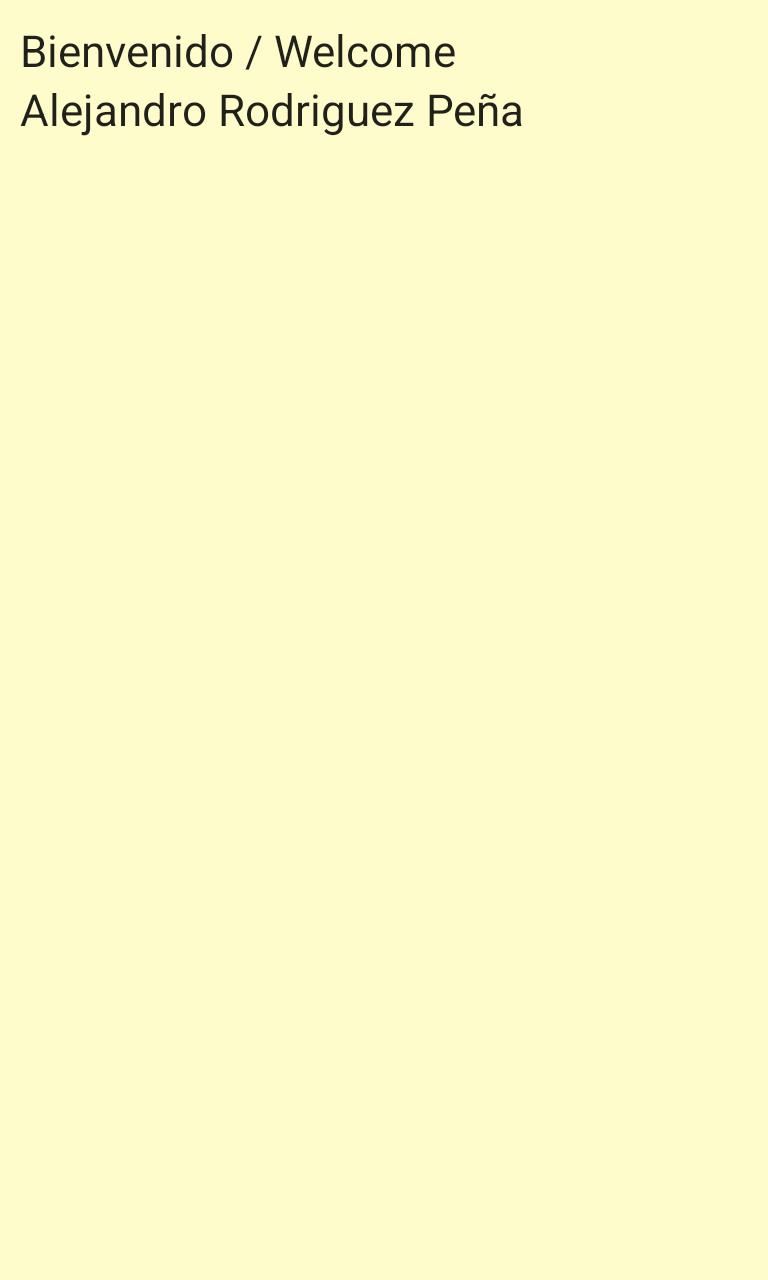
Repository: arodriguezp2003/aqandroid
Layout: Prueba/res/layout/alerta_exitosa.xml
An editor plug-in stored every save of this project. The layout is shown before and after the next save, followed by the edit.
It is drawn on a 768 x 1280 px phone screen (xhdpi) without system bars, with theme AppTheme; the app's code is not run.

Above is the layout before, as saved 2014-07-09 19:23:12.

After the next save:
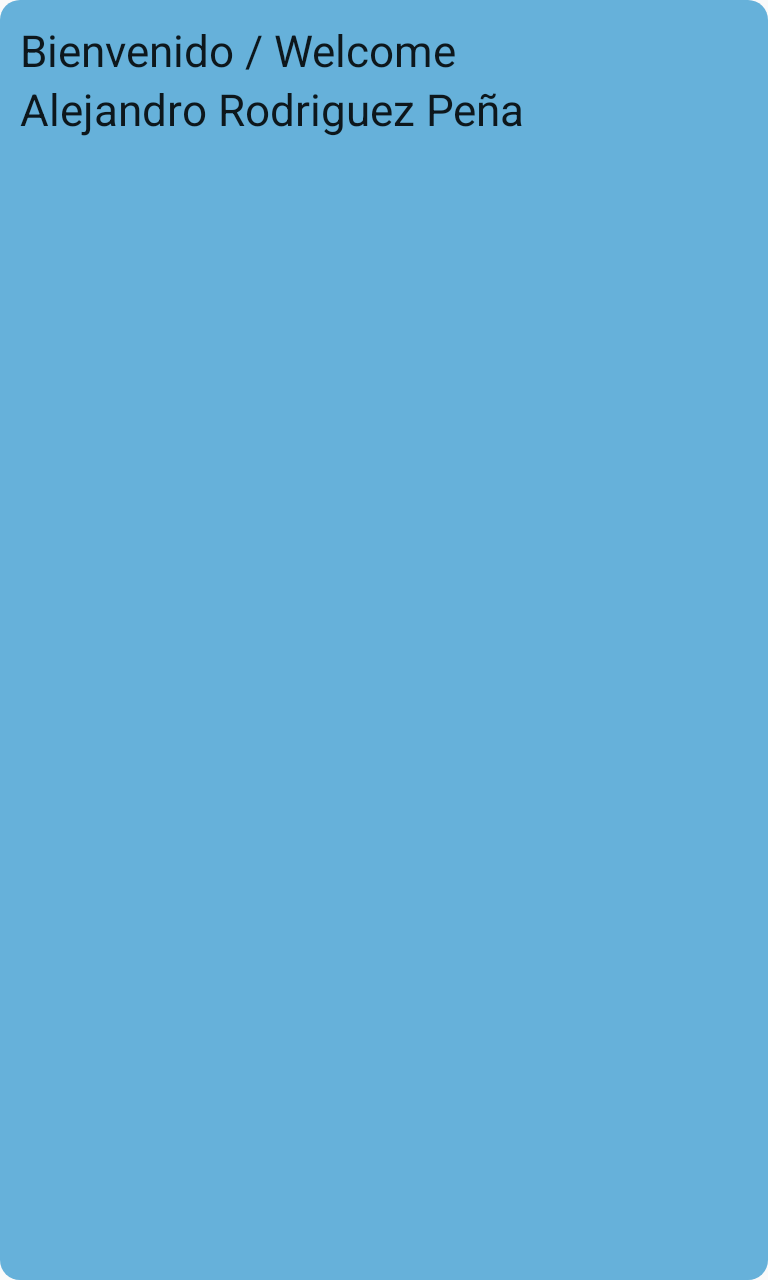
Saved 25 s later.
--- a/Prueba/res/layout/alerta_exitosa.xml
+++ b/Prueba/res/layout/alerta_exitosa.xml
@@ -1,11 +1,11 @@
 <?xml version="1.0" encoding="utf-8"?>
 <LinearLayout xmlns:android="http://schemas.android.com/apk/res/android"
-     android:layout_width="fill_parent"
-  android:layout_height="fill_parent"
+    android:id="@+id/alerta_exitosa"
+    android:layout_width="fill_parent"
+    android:layout_height="fill_parent"
+    android:background="@drawable/alerta_exitosa"
     android:orientation="vertical"
-    android:background="#FFFCCC"
-    android:padding="10dp"
-    android:id="@+id/alerta_exitosa">
+    android:padding="10dp" >
 
     <TextView
         android:id="@+id/ae_welcome"
